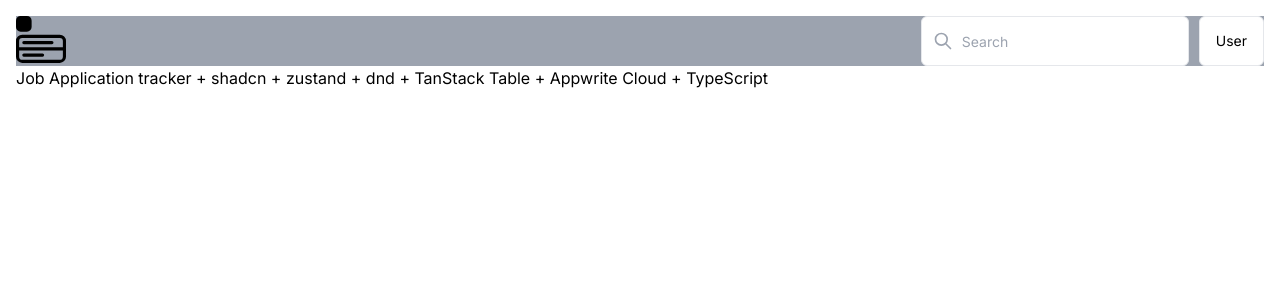
Repository: Vasil1001/job-applications-tracker-nextjs
Page: /
These files come from the project's save history. The page is drawn as it stood at one moment and after the next save; the edit follows.
The browser window is 1280 px wide. The pictures show the whole page.
The project was rebuilt for these pictures with package versions that can differ from the ones it lists, and the page was loaded fresh each time. The framework's server and built-in components were replaced by stand-ins that run in the browser. Also part of the build but not shown: next.config.js.

Above is the page before, as saved 2023-06-24 15:53:16.

After the next save:
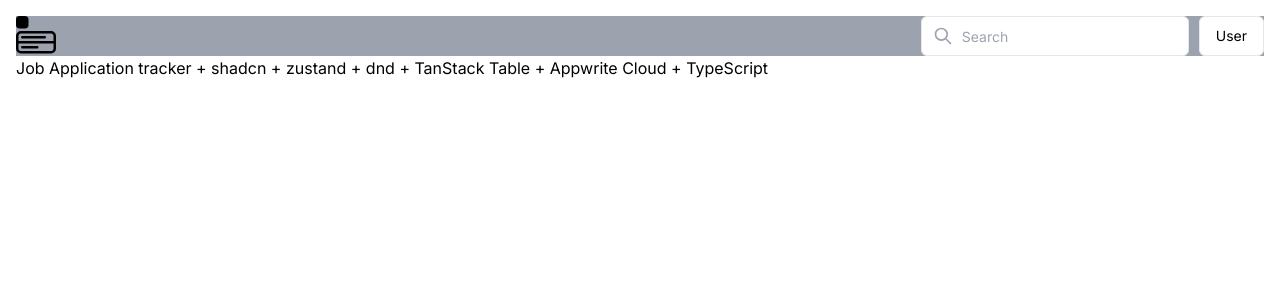
Saved 15 s later.
--- a/components/Header.tsx
+++ b/components/Header.tsx
@@ -11,7 +11,7 @@ export default function Header() {
     <div>
       <div className="flex justify-between bg-gray-400">
         <div className="flex">
-            <BsFillMenuAppFill size={50} /> </div>
+            <BsFillMenuAppFill size={40} /> </div>
         <div className="flex gap-2.5">
           <SearchBar />
           <button className="py-2 px-4 text-black border focus-visible:outline-none focus-visible:ring-1 focus:ring-gray-400 bg-white border-gray-200 sm:text-sm rounded-md hover:border-gray-300 ">
